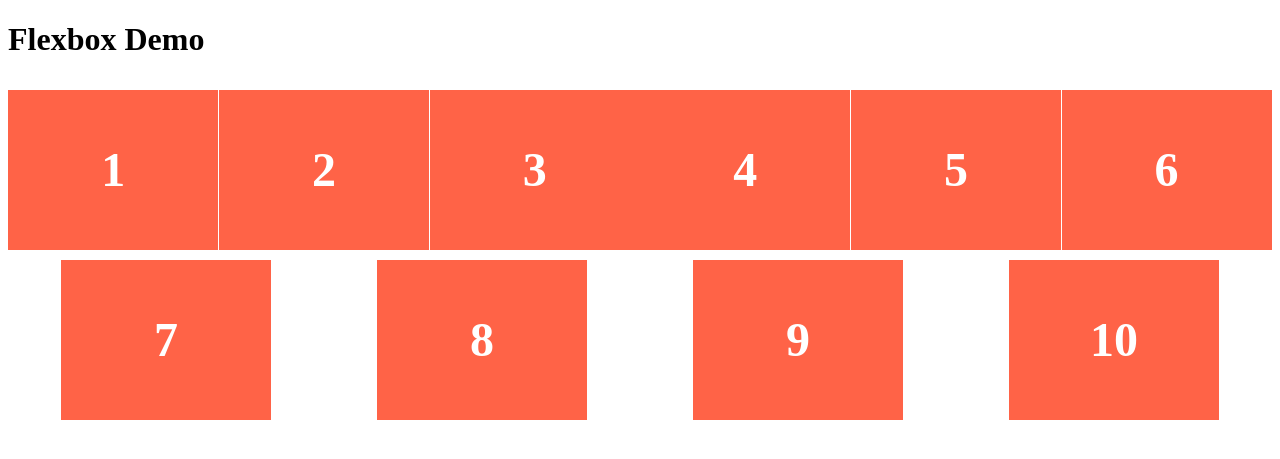
Repository: aniatot/CSS_KT
Page: 6 Flexbox Demo Project/index2.html
An editor plug-in stored every save of this project. The page is shown before and after the next save, followed by the edit.
The browser window is 1280 px wide. The pictures show the whole page.
Some web fonts or font styles are not loaded; a fallback is used.

Above is the page before, as saved 2023-10-19 02:11:40.

### 6 Flexbox Demo Project/index2.html
<!DOCTYPE html>
<html>

<head>
  <title>Flexbox Pricing Table</title>
  <link rel="preconnect" href="https://fonts.googleapis.com">
  <link rel="preconnect" href="https://fonts.gstatic.com" crossorigin>
  <link href="https://fonts.googleapis.com/css2?family=Sono:wght@400;700&display=swap" rel="stylesheet">
  <style>
.flex-container {
  /* We first create a flex layout context */
  display: flex;
  flex-wrap: wrap;
  /* flex-flow: row wrap; */

  /* Then we define how is distributed the remaining space */
  justify-content: space-around;
  padding: 0;
  margin: 0;
  list-style: none;
}

.flex-item {
  background: tomato;
  padding: 5px;
  width: 200px;
  height: 150px;
  margin-top: 10px;
  line-height: 150px;
  color: white;
  font-weight: bold;
  font-size: 3em;
  text-align: center;
}
  </style>
</head>

<body>
  <div class="container">
    <h1>Flexbox Demo</h1>

    <ul class="flex-container">
      <li class="flex-item">1</li>
      <li class="flex-item">2</li>
      <li class="flex-item">3</li>
      <li class="flex-item">4</li>
      <li class="flex-item">5</li>
      <li class="flex-item">6</li>
      <li class="flex-item">7</li>
      <li class="flex-item">8</li>
      <li class="flex-item">9</li>
      <li class="flex-item">10</li>
    </ul>
  </div>

</body>

</html>

After the next save:
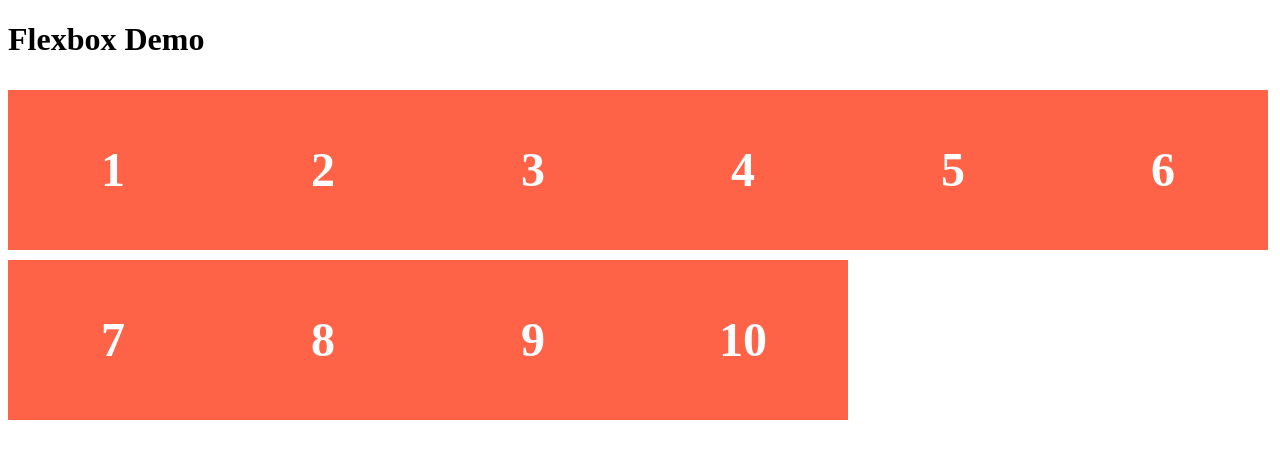
Saved 2 min 55 s later.
--- a/6 Flexbox Demo Project/index2.html
+++ b/6 Flexbox Demo Project/index2.html
@@ -14,7 +14,7 @@
   /* flex-flow: row wrap; */
 
   /* Then we define how is distributed the remaining space */
-  justify-content: space-around;
+  justify-content: flex-start;
   padding: 0;
   margin: 0;
   list-style: none;
